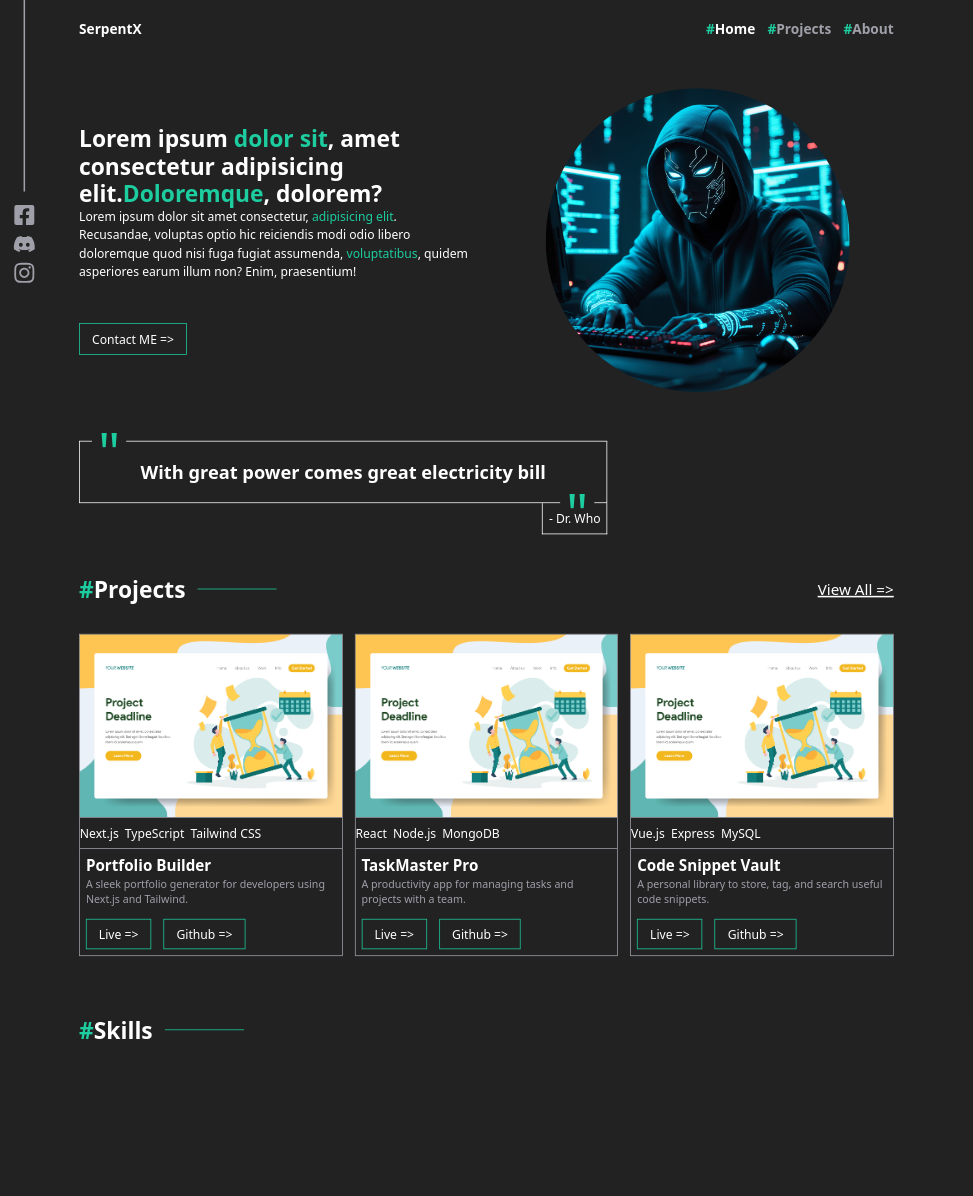
Repository: SERPENTX03/Portfolio-Tutorial
Page: /
The author's editor kept a copy of each file at every save. The page is drawn from the files as they stood at one save, then again after the next save.
The browser window is 1280 px wide. The pictures show the whole page, at 76% of full size.
The project was rebuilt for these pictures with package versions that can differ from the ones it lists, and the page was loaded fresh each time. The framework's server and built-in components were replaced by stand-ins that run in the browser. Also part of the build but not shown: next.config.ts.

Above is the page before, as saved 2025-04-19 21:35:36.

After the next save:
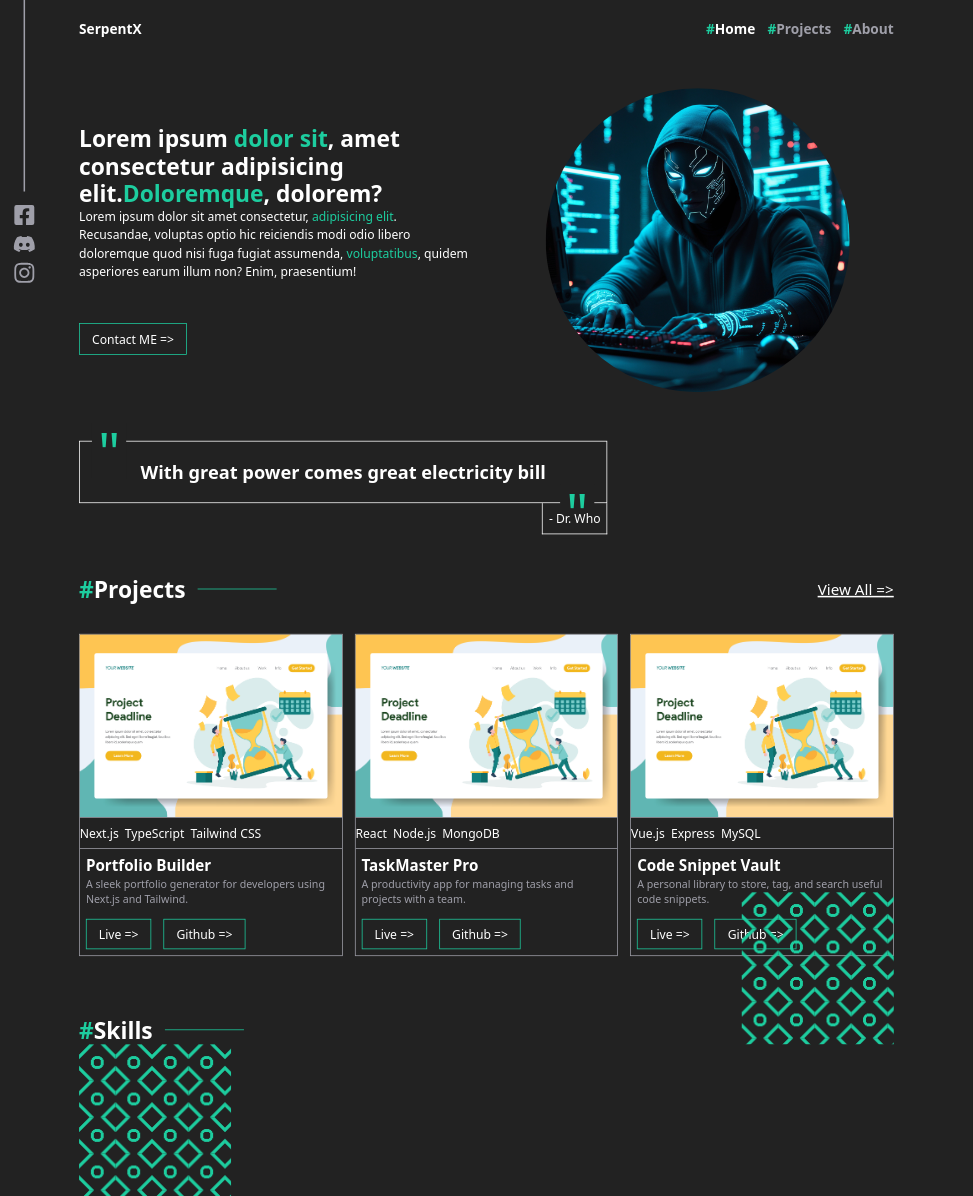
Saved 21 s later.
--- a/components/Skils.tsx
+++ b/components/Skils.tsx
@@ -7,8 +7,9 @@ const Skils = () => {
       </h2>
       <div className="flex justify-between">
         {/* Pattern */}
-        <div className="w-full h-full">
-          <div></div>
+        <div className="w-full h-full relative">
+          <div className="w-[200px] h-[200px] pattern absolute top-0 left-0"></div>
+          <div className="w-[200px] h-[200px] pattern absolute bottom-0 right-0"></div>
         </div>
         {/* Skils */}
         <div></div>
